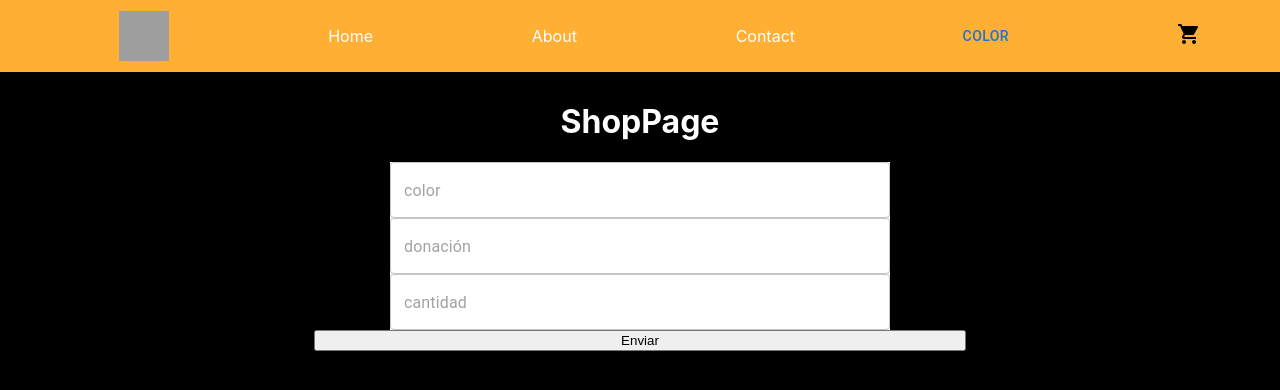
Repository: Toydrum/React-Hector-Coronado-EntregaFinal
Page: /shop
An editor plug-in stored every save of this project. The page is shown before and after the next save, followed by the edit.
The browser window is 1280 px wide. The pictures show the whole page.
Pictures or frames that could not be fetched are drawn as grey boxes. The project was rebuilt for these pictures with package versions that can differ from the ones it lists, and the page was loaded fresh each time. Also part of the build but not shown: vite.config.js, src/components/CardUser/CardUser.jsx, src/components/CardList/CardList.css, src/firebase/firebaseConfig.js, src/components/CardList/CardList.jsx, src/pages/HomePage/HomePage.jsx, src/pages/ContactPage/ContactPage.jsx, src/pages/AboutPage/AboutPage.jsx and 1 more.

Above is the page before, as saved 2023-07-16 18:27:00.

After the next save:
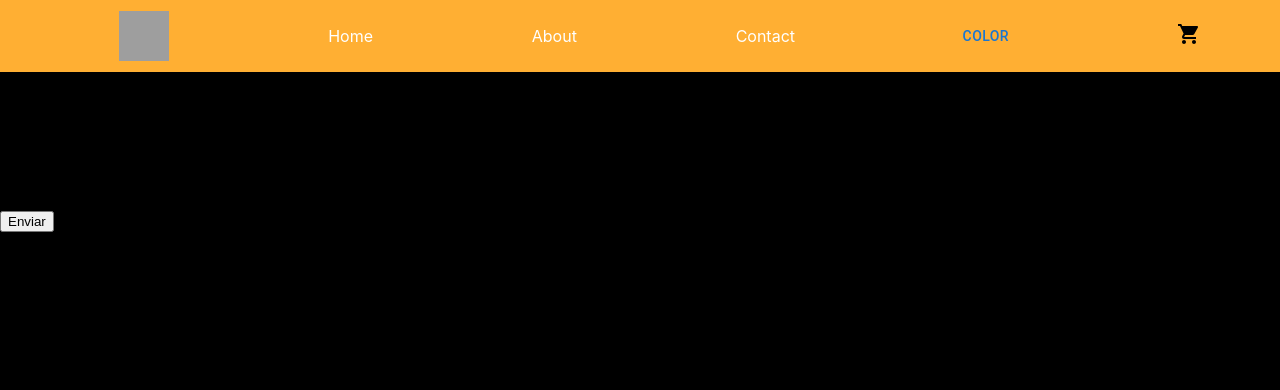
Saved 67 s later.
--- a/src/pages/ShopPage/ShopPage.jsx
+++ b/src/pages/ShopPage/ShopPage.jsx
@@ -1,6 +1,6 @@
 import { useState } from "react";
 import TextField from "@mui/material/TextField";
-import "./Styles.css";
+//import "./Styles.css";
 
 const initialState = {
   color: "",

After the save that followed:
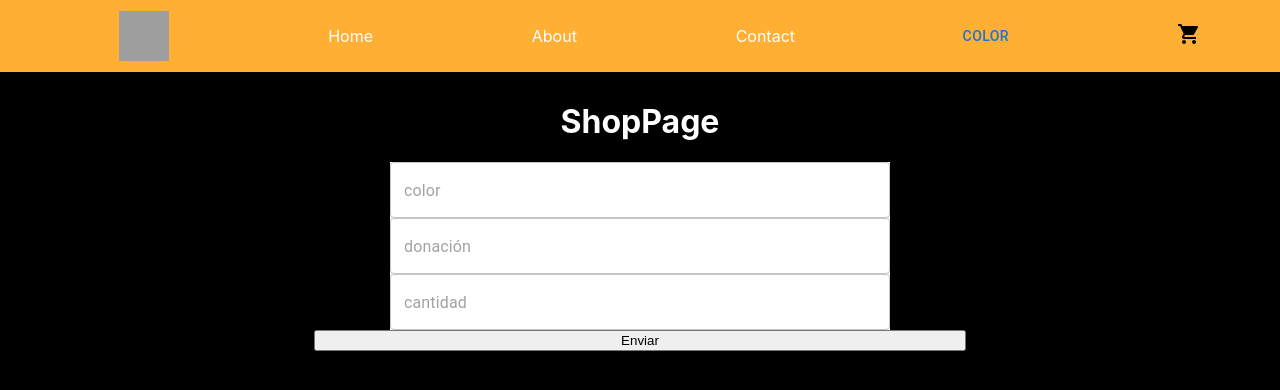
Saved 11 s later.
--- a/src/pages/ShopPage/ShopPage.jsx
+++ b/src/pages/ShopPage/ShopPage.jsx
@@ -1,6 +1,6 @@
 import { useState } from "react";
 import TextField from "@mui/material/TextField";
-//import "./Styles.css";
+import "./Styles.css";
 
 const initialState = {
   color: "",
